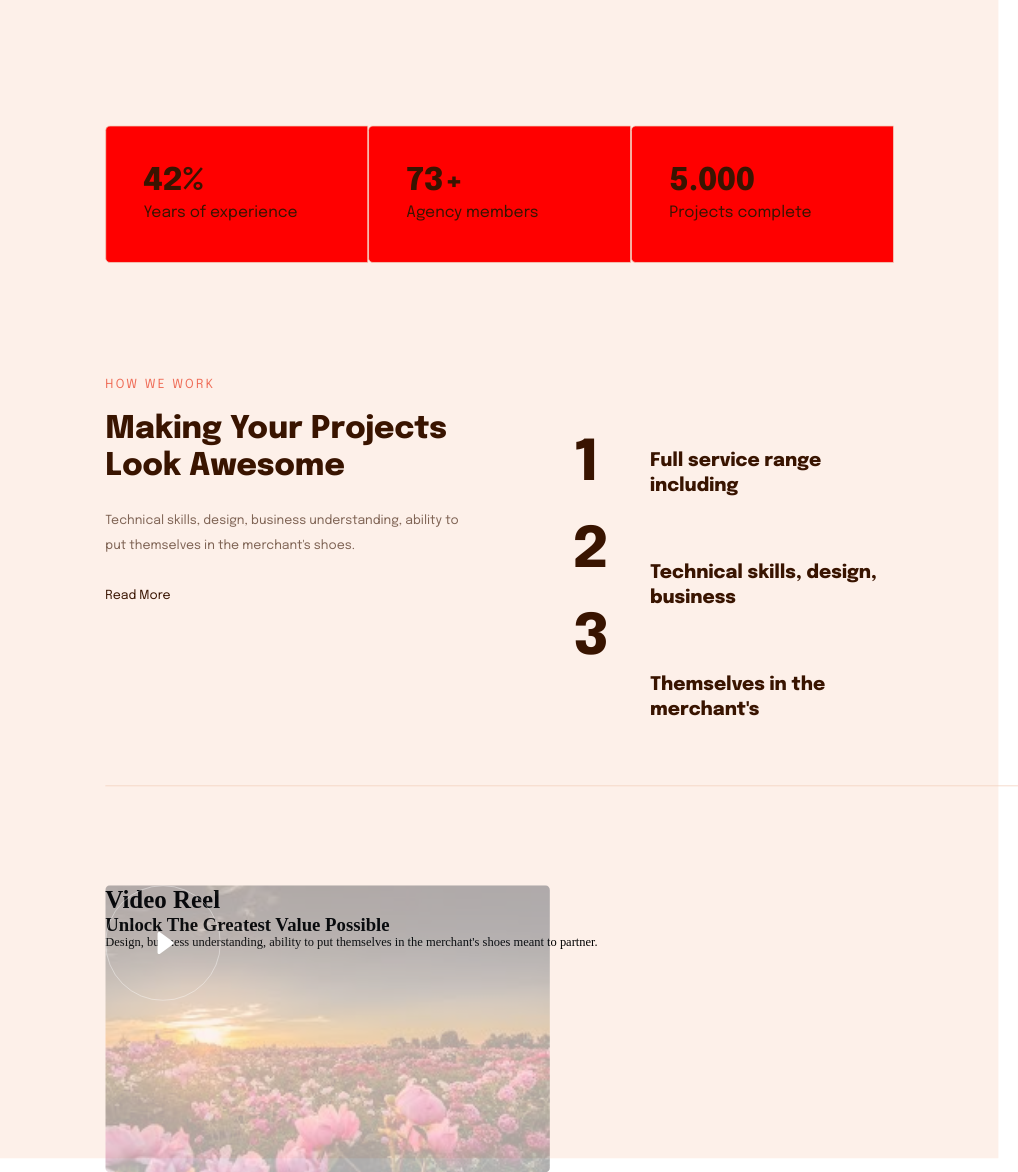
Repository: AytacJafarova/task2
Page: index.html
These files come from the project's save history. The page is drawn as it stood at one moment and after the next save; the edit follows.
The browser window is 1280 px wide. The page is 1305 px wide, so the pictures cover 1305 px, including what lies to the right of the window. The pictures show the whole page, at 78% of full size.

Above is the page before, as saved 2023-08-01 14:03:31.

### index.html
<!DOCTYPE html>
<html lang="en">

<head>
    <meta charset="UTF-8">
    <meta name="viewport" content="width=device-width, initial-scale=1.0">
    <title>Document</title>
    <link rel="stylesheet" href="./index.css">
</head>

<body>
    <div class="container">
        <div class="projects">
            <ul>
                <li>
                    <h1>42%</h1>
                    <p>Years of experience</p>
                </li>
                <li>
                    <h1>73+</h1>
                    <p>Agency members</p>
                </li>
                <li>
                    <h1>5.000</h1>
                    <p>Projects complete</p>
                </li>
            </ul>
        </div>
        <div class="work">
            <div class="box1">
                <h1>How we work</h1>
                <h2>Making Your Projects <br> Look Awesome</h2>
                <p class="put">Technical skills, design, business understanding, ability to put themselves in the
                    merchant's shoes.</p>
                <p>Read More</p>
            </div>
            <div class="box2">
                <ul>
                    <li>1</li>
                    <li>2</li>
                    <li>3</li>
                </ul>
                <div class="texts">
                    <h1>Full service range including</h1>
                    <h1>Technical skills, design, business</h1>
                    <h1>Themselves in the merchant's</h1>
                </div>
            </div>
        </div>
        <div class="border"></div>
        <div class="video">
            <div class="video-img">
                <img class="first" src="./images/images.jpg" alt="">
                <img src="./images/play.svg" alt="">
            </div>
            <div class="texts">
                <h1>Video Reel</h1>
                <h2>Unlock The Greatest Value Possible</h2>
                <p>Design, business understanding, ability to put themselves in the merchant's shoes meant to partner.
                </p>
            </div>
        </div>
    </div>
</body>

</html>

### index.css
@import url('https://fonts.googleapis.com/css2?family=Epilogue:wght@400;800&display=swap');
* {
    padding: 0;
    margin: 0;
    box-sizing: border-box;
}
.container {
    padding: 161px 134px 268px 135px;
    background: #FDF0E9;
}
.projects ul {
    display: flex;
}
.projects ul li {
    display: flex;
    flex-direction: column;
    justify-content: center;
    list-style-type: none;
    border-radius: 6px 0px 0px 6px;
border: 1px solid #F3D1BF;
width: 33.33%;
background-color: red;
height: 176px;
padding-left: 48px;
}
.projects ul li h1 {
    color: var(--text-dark, #391400);
font-feature-settings: 'clig' off, 'liga' off;
font-family: Epilogue;
font-size: 40px;
font-style: normal;
font-weight: 800;
line-height: 48px;
}
.projects ul li p {
    color: var(--text-dark, #391400);
font-feature-settings: 'clig' off, 'liga' off;
font-family: Epilogue;
font-size: 20px;
font-style: normal;
font-weight: 400;
line-height: 32px;
}
.work {
    display:flex ;
    margin-top: 140px;
}
.box1 h1 {
    color: var(--text-dark-accent, #EF6D58);
font-feature-settings: 'clig' off, 'liga' off;
font-family: Epilogue;
font-size: 16px;
font-style: normal;
font-weight: 400;
line-height: 32px;
letter-spacing: 3px;
text-transform: uppercase;
margin-bottom: 17px;
}
.box1 h2 {
    color: var(--text-dark, #391400);
font-feature-settings: 'clig' off, 'liga' off;
font-family: Epilogue;
font-size: 40px;
font-style: normal;
font-weight: 800;
line-height: 48px;
margin-bottom: 30px;
}
.box1 .put {
    width: 470px;
height: 68px;
flex-shrink: 0;
    color: var(--text-dark-gray, rgba(57, 20, 0, 0.64));
font-feature-settings: 'clig' off, 'liga' off;
font-family: Epilogue;
font-size: 16px;
font-style: normal;
font-weight: 400;
line-height: 32px;
margin-bottom: 28px;
}
.box1 p {
    color: var(--text-dark, #391400);
font-feature-settings: 'clig' off, 'liga' off;
font-family: Epilogue;
font-size: 16px;
font-style: normal;
font-weight: 400;
line-height: 32px;
}
.box2 {
    display: flex;
    margin-left: 130px;
    margin-top: 78px;
}
.box2 ul li {
    list-style-type: none;
    color: #391400;
font-feature-settings: 'clig' off, 'liga' off;
font-family: Epilogue;
font-size: 72px;
font-style: normal;
font-weight: 800;
line-height: 80px;
letter-spacing: -2px;
margin-bottom: 32px;
}
.box2 .texts h1 {
    color: var(--text-dark, #391400);
font-feature-settings: 'clig' off, 'liga' off;
font-family: Epilogue;
font-size: 24px;
font-style: normal;
font-weight: 700;
line-height: 32px;
margin-bottom: 80px;
margin-top: 20px;
margin-left: 54px;
}
.border {
    width: 1170px;
height: 1px;
flex-shrink: 0;
background: #F3D1BF;
}
.video {
    display: flex;
    margin-top:127px;
}
.video .video-img .first  {
    width: 570px;
    height: 368px;
    flex-shrink: 0;
    border-radius: 6px;
opacity: 0.318057119846344;
background: #5C2000;
}
.video .video-img  img {
    width: 148px;
height: 148px;
flex-shrink: 0;
color: FFFFF;
margin-bottom: 0;
position: absolute;
}
.video-img {
    position: relative;
}

After the next save:
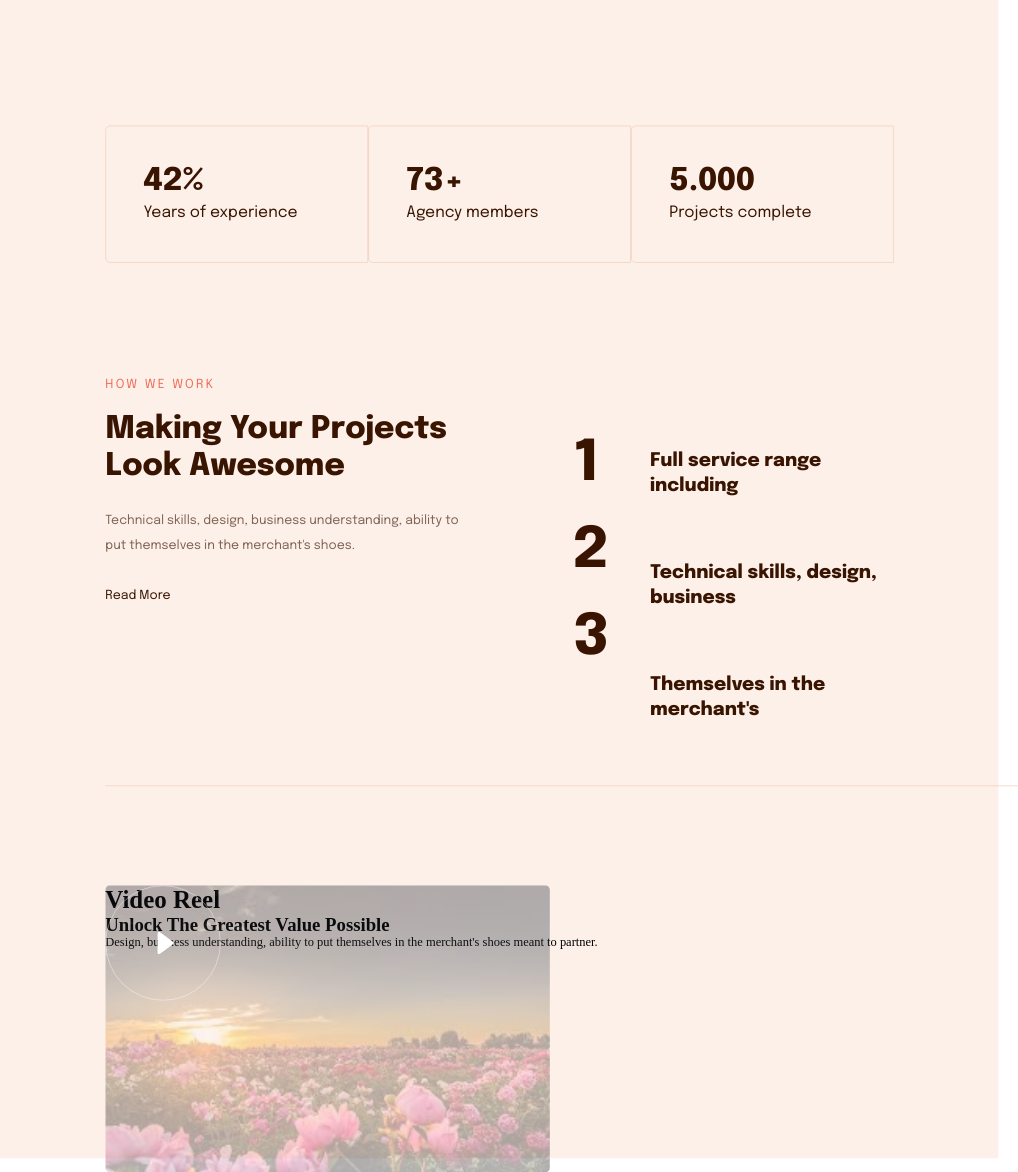
Saved 26 s later.
--- a/index.css
+++ b/index.css
@@ -19,7 +19,7 @@
     border-radius: 6px 0px 0px 6px;
 border: 1px solid #F3D1BF;
 width: 33.33%;
-background-color: red;
+/* background-color: red; */
 height: 176px;
 padding-left: 48px;
 }
